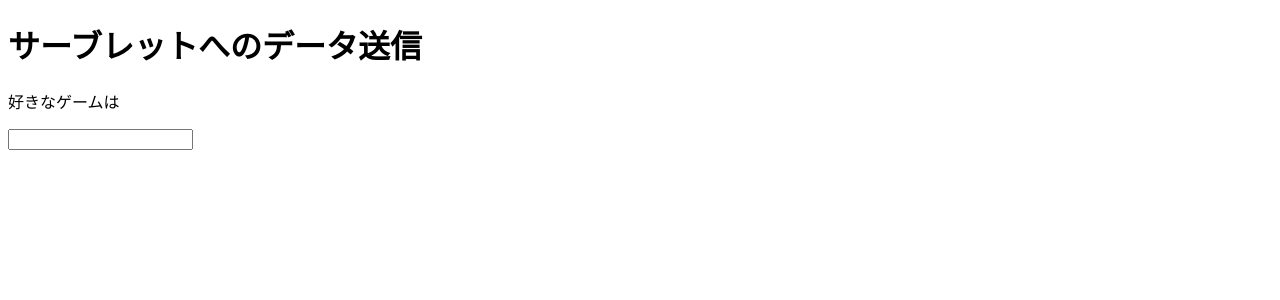
Repository: teamoo24/Java_Servlet_Project
Page: RequestRecvPJ/WebContent/FormSample.html
These files come from the project's save history. The page is drawn as it stood at one moment and after the next save; the edit follows.
The browser window is 1280 px wide. The pictures show the whole page.

Above is the page before, as saved 2019-05-15 13:39:57.

### RequestRecvPJ/WebContent/FormSample.html
<!DOCTYPE html>
<html>
<head>
<meta charset="UTF-8">
<title>サーブレットへのデータ送信</title>
</head>
<body>
<h1>サーブレットへのデータ送信</h1>
<form action="RequestRecv" method="GET">
<p>好きなゲームは</p>
<input type="TEXT">
</form>
</body>
</html>

After the next save:
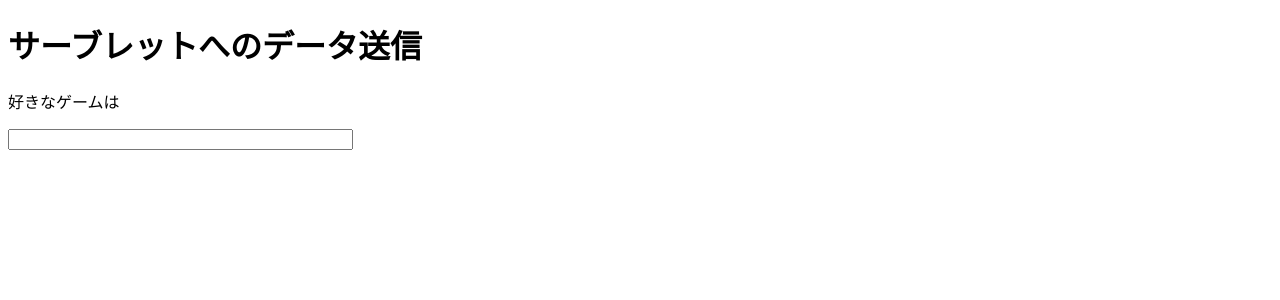
Saved 12 s later.
--- a/RequestRecvPJ/WebContent/FormSample.html
+++ b/RequestRecvPJ/WebContent/FormSample.html
@@ -8,7 +8,7 @@
 <h1>サーブレットへのデータ送信</h1>
 <form action="RequestRecv" method="GET">
 <p>好きなゲームは</p>
-<input type="TEXT">
+<input type="TEXT" name="GAME" size=40>
 </form>
 </body>
 </html>
